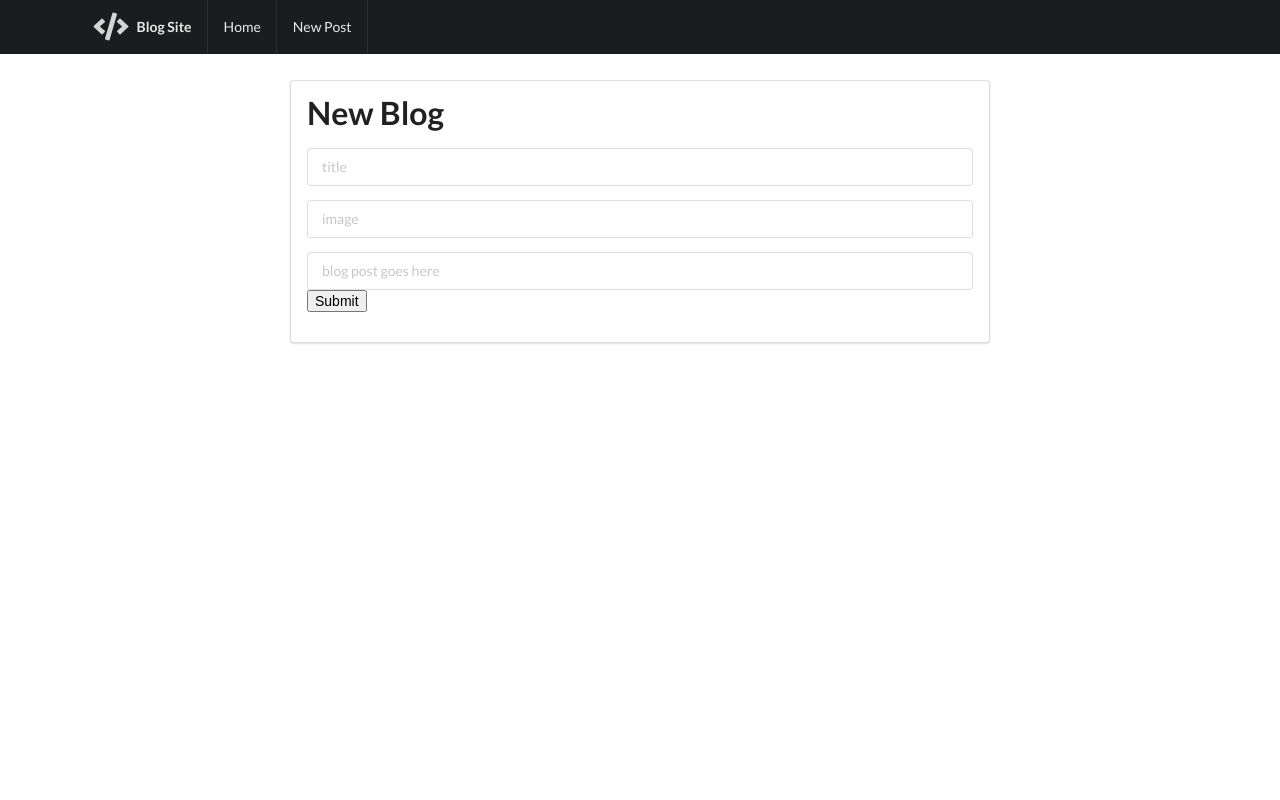
Repository: msuzuki23/AWS-Cloud9-YelpCamp
Page: http://localhost/blogs/new
The author's editor kept a record of every edit. The page is drawn from the files as they stood at one moment, then again after the next edit.
The browser window is 1280 px wide. The pictures show the whole page.
The page is served by the project's Node server (RestBlogs/app.js).

Above is the page before.

### RestBlogs/views/new.ejs
<% include ./partials/header %>
<div class="ui main text container segment">
    <div class="ui huge header">New Blog</div>
    <form class="ui form" action="/blogs" method="POST">
        <div class="field">
            <input type="text" name="blog[title]" placeholder="title">
        </div>
        <div class="field">
            <input type="text" name="blog[image]" placeholder="image">
        </div>
        <div class="field">

        </div>

        <input type="text" name="blog[body]" placeholder="blog post goes here">
        <input type="submit">
    </form>
</div>
<% include ./partials/footer %>

### RestBlogs/views/partials/header.ejs
<html>
    <head>
        <title>Blog App</title>
        <link rel="stylesheet" type="text/css" href="https://cdnjs.cloudflare.com/ajax/libs/semantic-ui/2.4.1/semantic.css">
        <link rel="stylesheet" type="text/css" href="/stylesheets/app.css">
    </head>
    <body>
        <div class="ui fixed inverted menu">
            <div class="ui container">
                <div class="header item"><i class="code icon"></i>Blog Site</div>
                <a href="/" class="item">Home</a>
                <a href="/blogs/new" class="item">New Post</a>
            </div>
        </div>

### RestBlogs/app.js
var express = require("express"),
app = express(),
bodyParser = require("body-parser"),
mongoose = require("mongoose"),
methodOverride = require("method-override");

//APP CONFIG
mongoose.connect("mongodb://localhost/restful_blog_app", {useNewUrlParser: true});
app.set("view engine", "ejs");
app.use(express.static("public"));
app.use(bodyParser.urlencoded({extended: true}));
app.use(methodOverride("_method"));

//MONGOOSE/MODEL CONFIG
var blogSchema = new mongoose.Schema({
   title: String,
   image: String,
   body: String,
   created: {type: Date, default: Date.now}
});
var Blog = mongoose.model("Blog", blogSchema);

// Blog.create({
//     title: "This is a Porsche",
//     image: "https://files1.porsche.com/filestore/image/multimedia/none/991-2nd-c2-t-modelimage-sideshot/model/835bee23-b26b-11e7-b591-0019999cd470/porsche-model.png",
//     body: "What a beautiful Yellow Car"
// });

//RESTFUL ROUTES
app.get("/", function(req, res){
    res.redirect("/blogs");
});

// INDEX ROUTE
app.get("/blogs", function(req, res){
    // res.render("index");
    Blog.find({}, function(err, blogs){
        if(err){
            console.log("ERROR");
        } else {
            res.render("index", {blogs: blogs});
        }
    });
});

// NEW ROUTE
app.get("/blogs/new", function(req, res){
    res.render("new");
});

// CREATE ROUTE
app.post("/blogs", function(req, res){
    // create blog
    Blog.create(req.body.blog, function(err, newBlog){
        if(err){
            res.render("new");
        } else {
            // then redirect to the index
            res.redirect("/blogs");
        }
    });
});

// SHOW ROUTE
app.get("/blogs/:id", function(req, res){
   Blog.findById(req.params.id, function(err, foundBlog){
      if(err){
          res.redirect("/blogs");
      } else {
          res.render("show", {blog: foundBlog})
      }
    })
});

//EDIT ROUTE
app.get("/blogs/:id/edit", function(req, res){
    Blog.findById(req.params.id, function(err, foundBlog){
        if(err){
            res.redirect("/blogs");
        } else {
            res.render("edit", {blog: foundBlog});
        }
    });
});

// UPDATE ROUTE
app.put("/blogs/:id", function(req, res){
    Blog.findByIdOneAndUpdate(req.params.id, req.body.blog, function(err, updatedBlog){
        if(err){
            res.redirect("/blogs");
        } else {
            res.redirect("/blogs/" + req.params.id);
        }
    });
});

// DELETE ROUTE
app.delete("/blogs/:id", function(req, res){
   //destroy blog
   Blog.findByIdAndRemove(req.params.id, function(err){
      if(err){
          res.redirect("/blogs");
      } else {
          res.redirect("/blogs");
      }
   });
   //redirect somewhere
});













// Tell Express to listen for requests (start server)
app.listen(process.env.PORT, process.env.IP, function(){
    console.log("Blog Server Started");
});

### RestBlogs/public/stylesheets/app.css
html {
    maring: 0 auto;
}

i.icon {
    font-size: 2em;
}

.container.main {
    margin-top: 5em;
}

#delete {
    display: inline;
}

Loaded but not shown: RestBlogs/views/partials/footer.ejs (common file)

After the next edit:
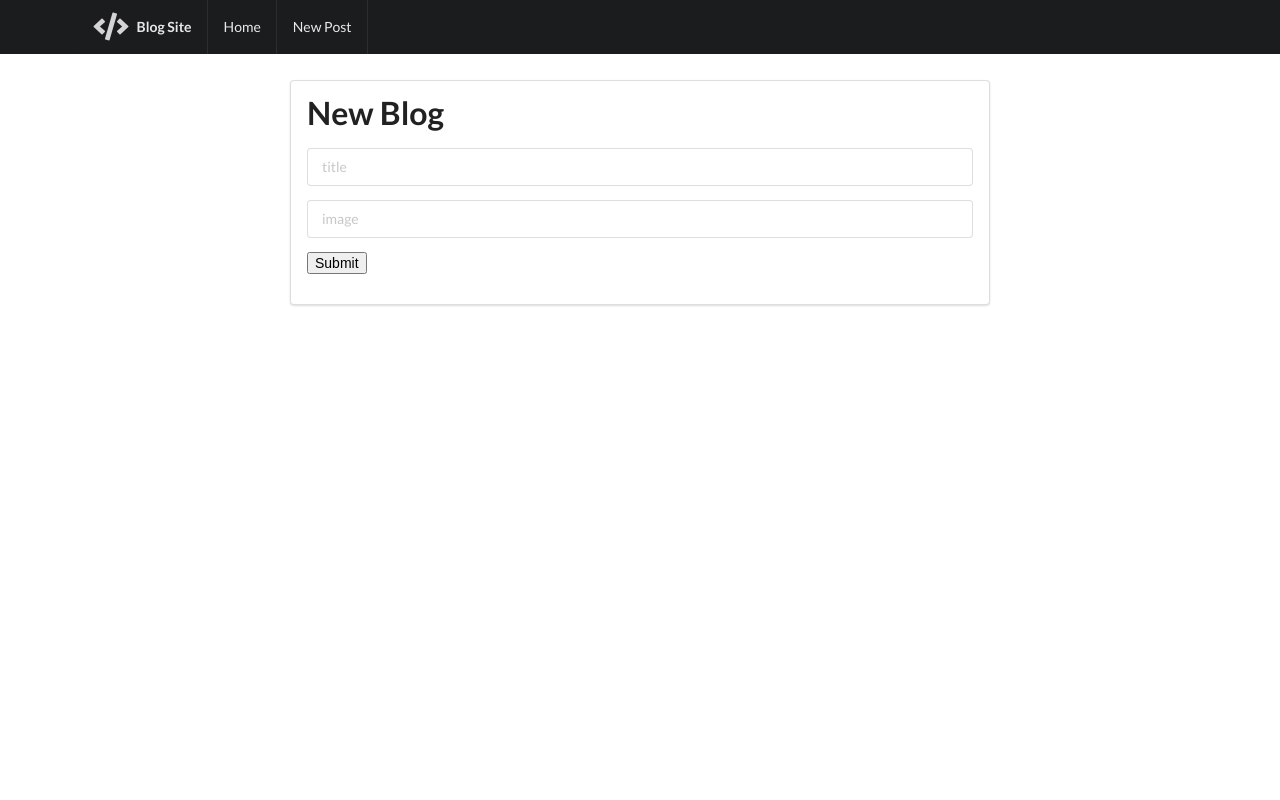
The edit:
--- a/RestBlogs/views/new.ejs
+++ b/RestBlogs/views/new.ejs
@@ -12,7 +12,7 @@
 
         </div>
 
-        <input type="text" name="blog[body]" placeholder="blog post goes here">
+
         <input type="submit">
     </form>
 </div>
